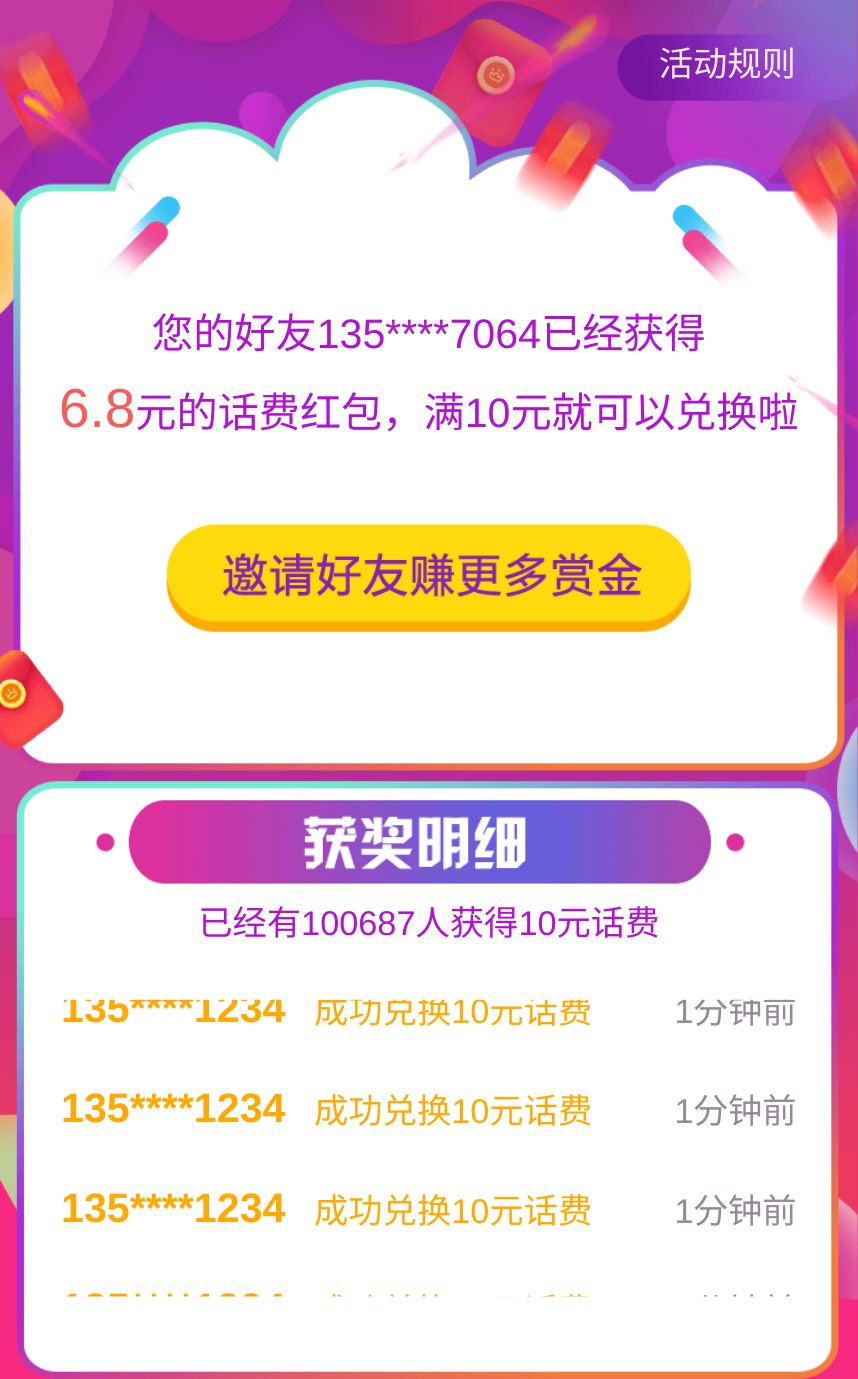
Repository: wangbiaozy/hb
Page: index_hjmx.html
These files come from the project's save history. The page is drawn as it stood at one moment and after the next save; the edit follows.
The browser window is 1280 px wide. The pictures show the whole page, at 67% of full size.

Above is the page before, as saved 2018-08-16 16:41:01.

### index_hjmx.html
<!DOCTYPE html>
<html lang="en">
<head>
    <meta charset="UTF-8">
    <meta name="viewport" content="width=device-width, initial-scale=1.0, maximum-scale=1.0, minimum-scale=1.0, user-scalable=no, viewport-fit=cover">
    <meta http-equiv="X-UA-Compatible" content="ie=edge">
    <title>Document</title>
    <link rel="stylesheet" href="css/reset.min.css">
    <link rel="stylesheet/less" href="css/styles_1.less">
    <script src="js/less-1.7.0.min.js"></script>
</head>
<body>
    <section class="main">
        <a id="rule_btn" href="javascript:void(0)">活动规则</a>
        <!-- 获奖明细页 -->
        <div class="detail">
            <p>您的好友<span>135****7064</span>已经获得<br><i>6.8</i>元的话费红包，满10元就可以兑换啦</p>
            <a href="javascript:void(0)"></a>
            <p>已经有<span>100687</span>人获得10元话费</p>
            <div class="activity" id="J_Activity">
                <ul>
                    <li>
                        <h3>135****1234</h3>
                        <p>成功兑换10元话费</p>
                        <span>1分钟前</span>
                    </li>
                    <li>
                        <h3>135****1234</h3>
                        <p>成功兑换10元话费</p>
                        <span>1分钟前</span>
                    </li>
                    <li>
                        <h3>135****1234</h3>
                        <p>成功兑换10元话费</p>
                        <span>1分钟前</span>
                    </li>
                    <li>
                        <h3>135****1234</h3>
                        <p>成功兑换10元话费</p>
                        <span>1分钟前</span>
                    </li>
                </ul>
            </div>
        </div>
    </section>

    <!-- 活动规则弹窗 -->
    <section class="rule">
        <a href="javascript:void(0)"></a>
        <ul>
            <li>1.活动期间，用户通过10086App开屏页，首页轮播图进入活动，领取10元的话费红包。自己可拆开随机金，剩余金额需分享并邀请好友帮忙拆开，每位可帮忙拆开随机金额，全部拆完即可兑换话费。</li>
            <li>2.邀请拆  红包的好友需为新注册10086App的用户，好友在活动页面输入邀请人的邀请码才能成功帮好友拆开红包，好友帮助拆开红包后同时可获得一个话费红包。</li>
            <li>3.用户需在当前红包全部拆完后，才可开启下一个红包。</li>
            <li>4.活动期间一经发现违规等恶意操作等作弊行为将取消获奖资格。</li>
            <li>5.活动期间，用户需持续下载并的登陆110086App，否则话费奖品无法发放。</li>
        </ul>
        <a href="javascript:void(0)"></a>
    </section>
    <!-- 遮罩层 -->
    <section class="mask" id="mask"></section>
</body>
</html>
<script src="js/jquery-1.10.1.min.js"></script>
<script src="js/index.js"></script>

### css/reset.min.css
@charset "utf-8";
/*默认样式清除和初始化*/
body,h1,h2,h3,h4,h5,h6,hr,p,blockquote,dl,dt,dd,ul,ol,li,button,input,textarea,th,td{margin:0;padding:0}body{font-size:12px;font-style:normal;font-family:"\5FAE\8F6F\96C5\9ED1",Helvetica,sans-serif}small{font-size:12px}h1{font-size:18px}h2{font-size:16px}h3{font-size:14px}h4,h5,h6{font-size:100%}ul,ol{list-style:none}a{text-decoration:none;background-color:transparent}a:hover,a:active{outline-width:0;text-decoration:none}table{border-collapse:collapse;border-spacing:0}hr{border:0;height:1px}img{border-style:none}img:not([src]){display:none}svg:not(:root){overflow:hidden}html{-webkit-touch-callout:none;-webkit-text-size-adjust:100%}input,textarea,button,a{-webkit-tap-highlight-color:rgba(0,0,0,0)}article,aside,details,figcaption,figure,footer,header,main,menu,nav,section,summary{display:block}audio,canvas,progress,video{display:inline-block}audio:not([controls]),video:not([controls]){display:none;height:0}progress{vertical-align:baseline}mark{background-color:#ff0;color:#000}sub,sup{position:relative;font-size:75%;line-height:0;vertical-align:baseline}sub{bottom:-0.25em}sup{top:-0.5em}button,input,select,textarea{font-size:100%;outline:0}button,input{overflow:visible}button,select{text-transform:none}textarea{overflow:auto}button,html [type="button"],[type="reset"],[type="submit"]{-webkit-appearance:button}button::-moz-focus-inner,[type="button"]::-moz-focus-inner,[type="reset"]::-moz-focus-inner,[type="submit"]::-moz-focus-inner{border-style:none;padding:0}button:-moz-focusring,[type="button"]:-moz-focusring,[type="reset"]:-moz-focusring,[type="submit"]:-moz-focusring{outline:1px dotted ButtonText}[type="checkbox"],[type="radio"]{box-sizing:border-box;padding:0}[type="number"]::-webkit-inner-spin-button,[type="number"]::-webkit-outer-spin-button{height:auto}[type="search"]{-webkit-appearance:textfield;outline-offset:-2px}[type="search"]::-webkit-search-cancel-button,[type="search"]::-webkit-search-decoration{-webkit-appearance:none}::-webkit-input-placeholder{color:inherit;opacity:.54}::-webkit-file-upload-button{-webkit-appearance:button;font:inherit}.clear:after{display:block;height:0;content:"";clear:both}
*{ -webkit-tap-highlight-color: rgba(0,0,0,0);-webkit-tap-highlight-color: transparent; /* For some Androids */ }

### js/index.js
(function (doc, win) {
    var docEl = doc.documentElement,
        resizeEvt = 'orientationchange' in window ? 'orientationchange' : 'resize',
        recalc = function () {
            var clientWidth = docEl.clientWidth;
            if (!clientWidth) return;
            docEl.style.fontSize = 100 * (clientWidth / 750) + 'px';
        };
    if (!doc.addEventListener) return;
    win.addEventListener(resizeEvt, recalc, false);
    doc.addEventListener('DOMContentLoaded', recalc, false);
})(document, window);
$(function () {

    //显示非中奖页背景
    function showFirstPageBg(){
        $('.main').removeClass('result');
    }
    //显示中奖页背景
    function showResultPageBg(){
        $('.main').addClass('result');
    }
    //显示活动规则弹窗
    $('#rule_btn').on('click',function(){
        $('.rule').show();
        showMask();
    });
    //关闭活动规则弹窗
    function hideRuleModel(){
        $('.rule').hide();
        hideMask();
    }
    $('.rule').on('click','a',function(){
        hideRuleModel();
    });
    //首页赚钱攻略按钮
    $('#gl_btn').on('click',function(){
        $('.gl').show();
        showMask();
    })
    //首页抽红包按钮
    $('#cj').on('click',function(){
        //奖品金额随机数
        var num = (Math.random()*9+1).toFixed(2);
        $('#moneyText').text(num);
        $('.result').show();
        $('.f_page').hide();
        showResultPageBg();
    });

    //获奖页获奖名单滚动
    var listPanel = $('#J_Activity ul');
    var z = 0;
    function up() {
        listPanel.animate({
            'top': (z - .45) + 'rem'
        }, 1500, 'linear', function () {
            listPanel.css({'top': '0px'}).find("li:first").appendTo(listPanel);
            up();
        });
    }
    up();

    //显示弹窗
    function showModel(){
        $('.model').show();
        showMask();
    }

    //关闭弹窗
    $('.close').on('click',function(){
        $(this).parent().parent().hide();
        hideMask();
    });
    //显示遮罩层
    function showMask(){
        $("#mask").css("height",$(document).height());
        $("#mask").css("width",$(document).width());
        $("#mask").show();
        $('body').css('position','fixed');
    }
    //隐藏遮罩层
    function hideMask(){
        $("#mask").hide();
        $('body').css('position','unset');
    }
});

Loaded but not shown: js/less-1.7.0.min.js (library); js/jquery-1.10.1.min.js (library)

After the next save:
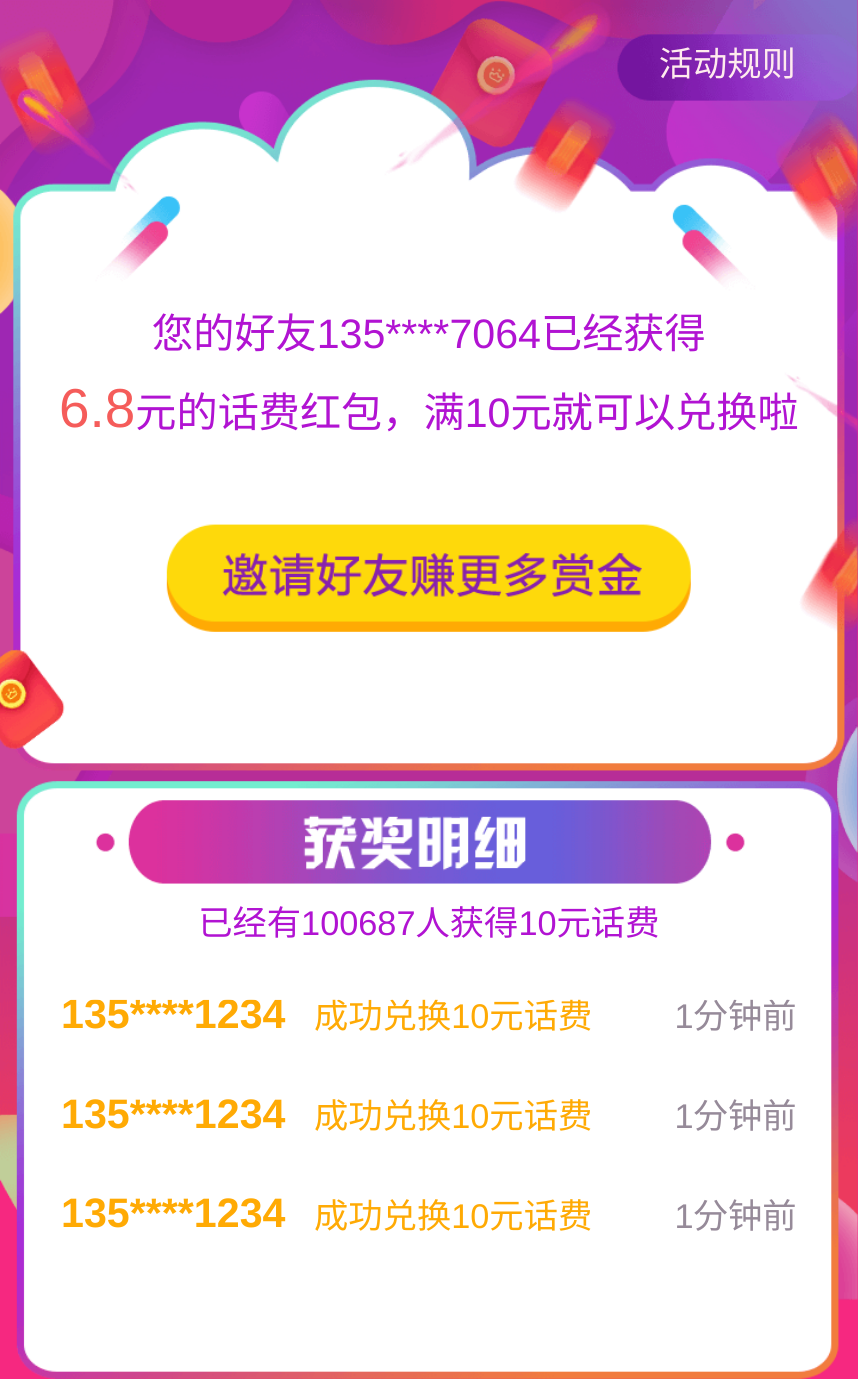
Saved 7 s later.
--- a/js/index.js
+++ b/js/index.js
@@ -53,7 +53,7 @@ $(function () {
     var z = 0;
     function up() {
         listPanel.animate({
-            'top': (z - .45) + 'rem'
+            'top': (z - .3) + 'rem'
         }, 1500, 'linear', function () {
             listPanel.css({'top': '0px'}).find("li:first").appendTo(listPanel);
             up();
